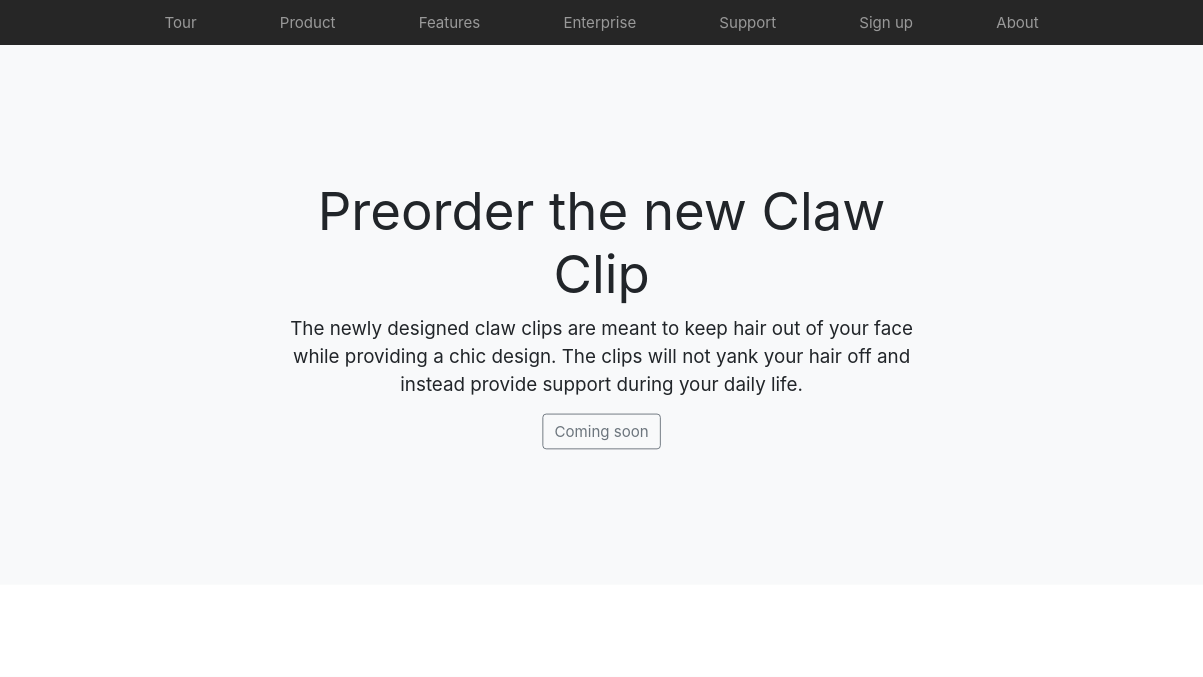
Repository: ttse009/TiffT-Website
Page: LearnCS8-Twilio/index.html
The author's editor kept a record of every edit. The page is drawn from the files as they stood at one moment, then again after the next edit.
The browser window is 1280 px wide. The pictures show the whole page, at 94% of full size.

Above is the page before.

### LearnCS8-Twilio/index.html
<!doctype html>
<html lang="en">
  <head>
    <!-- Required meta tags -->
    <meta charset="utf-8">
    <meta name="viewport" content="width=device-width, initial-scale=1, shrink-to-fit=no">
    <meta name="description" content="Keep hair out of your face today!">
    <meta name="author" content="862169796">

    <!-- Bootstrap CSS -->
    <link rel="stylesheet" href="https://stackpath.bootstrapcdn.com/bootstrap/4.5.2/css/bootstrap.min.css" integrity="sha384-JcKb8q3iqJ61gNV9KGb8thSsNjpSL0n8PARn9HuZOnIxN0hoP+VmmDGMN5t9UJ0Z" crossorigin="anonymous">

    <!-- Title of your Website -->
    <title>My first website</title Claw Clip>
    <link href="product.css" rel="stylesheet">
  </head>
  <body>
    <nav class="site-header sticky-top py-1">
    <!-- Top Menu Bar -->
    <div class="container d-flex flex-column flex-md-row justify-content-between">
  <a class="py-2 d-none d-md-inline-block" id="menu-item-1" href="#">Tour</a>
        <a class="py-2 d-none d-md-inline-block" id="menu-item-2" href="https://product.com" target="_blank">Product</a>
        <a class="py-2 d-none d-md-inline-block" id="menu-item-3" href="https://features.com" target="_blank">Features</a>
        <a class="py-2 d-none d-md-inline-block" id="menu-item-4" href="https://enterprise.com" target="_blank">Enterprise</a>
        <a class="py-2 d-none d-md-inline-block" id="menu-item-5" href="https://support.com" target="_blank">Support</a>
        <a class="py-2 d-none d-md-inline-block" id="menu-item-6" href="https://signup.com" target="_blank">Sign up</a>
        <a class="py-2 d-none d-md-inline-block" id="menu-item-7" href="https://about.com" target="_blank">About</a>
    </div>
</nav>
<!-- Main Header Section h1-->
<div class="position-relative overflow-hidden p-3 p-md-5 m-md-0 text-center bg-light">
    <div class="col-md-8 p-lg-5 mx-auto my-5">
        <h1 class="display-4 font-weight-normal">Preorder the new Claw Clip</h1>
        <p class="lead font-weight-normal">The newly designed claw clips are meant to keep hair out of your face while providing a chic design. The clips will not yank your hair off and instead provide support during your daily life.</p>
        <a class="btn btn-outline-secondary" href="#">Coming soon</a>
    </div>
</div>
  </body>
</html>

### LearnCS8-Twilio/product.css
.container {
  max-width: 960px;
}

/*
 * Custom translucent site header
 */

.site-header {
  background-color: rgba(0, 0, 0, .85);
  -webkit-backdrop-filter: saturate(180%) blur(20px);
  backdrop-filter: saturate(180%) blur(20px);
}
.site-header a {
  color: #999;
  transition: ease-in-out color .15s;
}
.site-header a:hover {
  color: #fff;
  text-decoration: none;
}

/*
 * Dummy devices (replace them with your own or something else entirely!)
 */

.product-device {
  position: absolute;
  right: 10%;
  bottom: -30%;
  width: 300px;
  height: 540px;
  background-color: #333;
  border-radius: 21px;
  -webkit-transform: rotate(30deg);
  transform: rotate(30deg);
}

.product-device::before {
  position: absolute;
  top: 10%;
  right: 10px;
  bottom: 10%;
  left: 10px;
  content: "";
  background-color: rgba(255, 255, 255, .1);
  border-radius: 5px;
}

.product-device-2 {
  top: -25%;
  right: auto;
  bottom: 0;
  left: 5%;
  background-color: #e5e5e5;
}


/*
 * Extra utilities
 */

.flex-equal > * {
  -ms-flex: 1;
  flex: 1;
}
@media (min-width: 768px) {
  .flex-md-equal > * {
    -ms-flex: 1;
    flex: 1;
  }
}

.overflow-hidden { overflow: hidden; }

After the next edit:
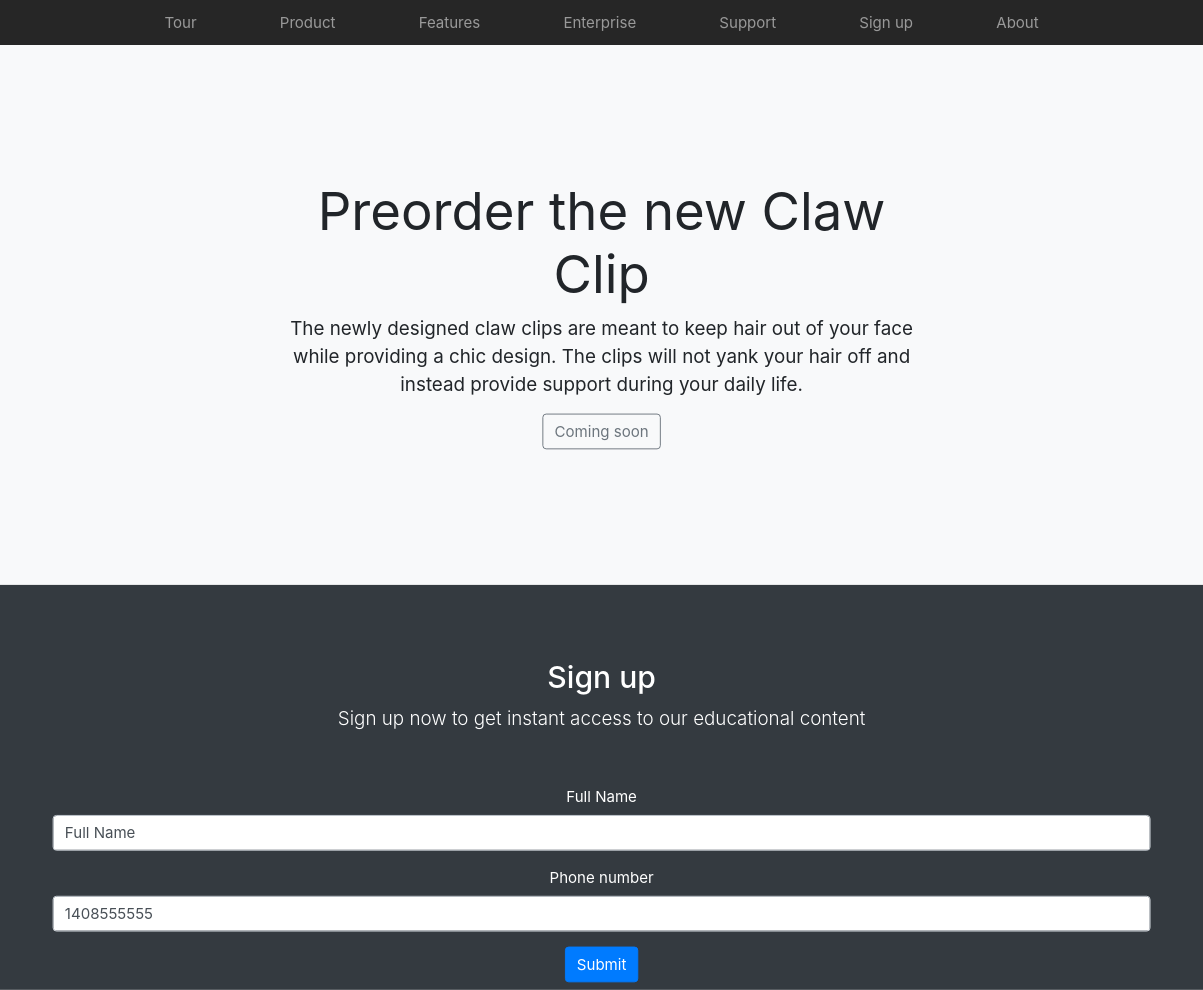
The edit:
--- a/LearnCS8-Twilio/index.html
+++ b/LearnCS8-Twilio/index.html
@@ -35,5 +35,44 @@
         <a class="btn btn-outline-secondary" href="#">Coming soon</a>
     </div>
 </div>
+<!-- Left Tile -->
+<div class="d-md-flex flex-md-equal w-100">
+    <div class="bg-dark pt-3 px-3 pt-md-5 px-md-5 text-center text-white overflow-hidden">
+        <div class="my-3 py-3">
+            <h2 class="display-5">Sign up</h2>
+            <p class="lead">Sign up now to get instant access to our educational content</p>
+        </div>
+        <!-- Web form when submitted will send a text message -->
+        <form class="p-2" onsubmit="sendTextMessage(); return false;">
+            <!-- Full Name Form Field -->
+            <div class="form-group">
+                <label for="example-first-name">Full Name</label>
+                <input type="text" value="Full Name" class="form-control" id="example-first-name" aria-describedby="emailHelp">
+            </div>
+            <!-- Phone Number Form Field -->
+            <div class="form-group">
+                <label for="example-tel-input">Phone number</label>
+                <input type="tel" class="form-control" value="1408555555" id="example-tel-input">
+            </div>
+            <!-- JavaScript that handles onSubmit logic -->
+            <!-- Configure the XHR request below with your own credentials -->
+            <script>
+            function sendTextMessage() {
+                console.log("Hello world!");
+                var xhr = new XMLHttpRequest();
+                var accountSID = "XXXXXXXXXXXXXXXX";
+                var authToken = "XXXXXXXXXXXXXXXX";
+                var base64encoded = accountSID + ":" + authToken;
+                var params = "To=" + document.getElementById('example-tel-input').value + "&From=" + "XXXXXXXXXX" + "&Body=" + "Hello " + document.getElementById('example-first-name').value + " nice job on sending your first SMS with APIs."
+                xhr.open("POST", "https://api.twilio.com/2010-04-01/Accounts/" + accountSID + "/Messages.json", true);
+                xhr.setRequestHeader('Content-Type', 'application/x-www-form-urlencoded');
+                xhr.setRequestHeader('Authorization', 'Basic ' + btoa(base64encoded));
+                xhr.send(params);
+            }
+            </script>
+            <!-- Submit button that will execute the sendTextMessage function -->
+            <button type="submit" class="btn btn-primary">Submit</button>
+        </form>
+    </div>
   </body>
 </html>
